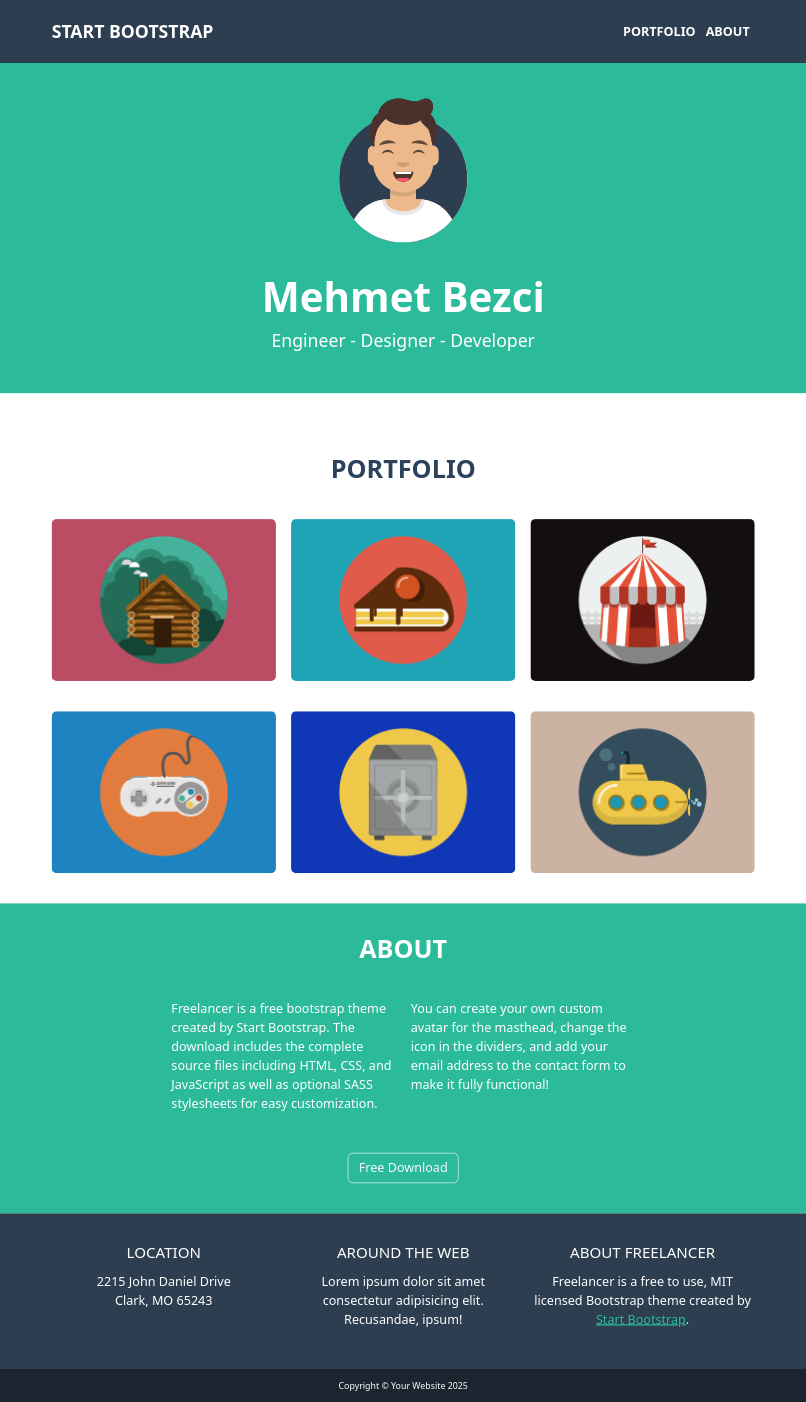
Repository: 7JaxeN7/WT-1255P-Mehmet_BEZC-
Page: index.html
These files come from the project's save history. The page is drawn as it stood at one moment and after the next save; the edit follows.
The browser window is 1280 px wide. The pictures show the whole page, at 63% of full size.

Above is the page before, as saved 2025-01-07 01:02:52.

### index.html
<!DOCTYPE html>
<html lang="tr">

<head>
  <meta charset="UTF-8">
  <meta name="viewport" content="width=device-width, initial-scale=1.0">
  <link rel="stylesheet" href="style.css">
  <link href="https://cdn.jsdelivr.net/npm/bootstrap@5.3.3/dist/css/bootstrap.min.css" rel="stylesheet"
    integrity="sha384-QWTKZyjpPEjISv5WaRU9OFeRpok6YctnYmDr5pNlyT2bRjXh0JMhjY6hW+ALEwIH" crossorigin="anonymous">
  <title>Start Bootstrap</title>
</head>

<body>
  <!-- Navbar -->
  <header>
    <nav class="navbar navbar-expand-lg navbar-bg">
      <div class="container pt-3 pb-3">
        <a class="navbar-brand text-white fw-bolder fs-3" href="#">START BOOTSTRAP</a>
        <button class="navbar-toggler" type="button" data-bs-toggle="collapse" data-bs-target="#navbarNav"
          aria-controls="navbarNav" aria-expanded="false" aria-label="Toggle navigation">
          <span class="navbar-toggler-icon"></span>
        </button>
        <div class="collapse navbar-collapse" id="navbarNav">
          <ul class="navbar-nav ms-auto">
            <li class="nav-item">
              <a class="nav-link text-white fw-bolder fs-5" href="#portfolio">PORTFOLIO</a>
            </li>
            <li class="nav-item">
              <a class="nav-link text-white fw-bolder fs-5" href="#about">ABOUT</a>
            </li>
          </ul>
        </div>
      </div>
    </nav>
  </header>
  <!-- Herosection -->
  <div class="herosection-bg pt-5 pb-5">
    <div class="container text-center">
      <img src="/assets/img/avataaars.svg" width="20%" />
      <h1 class="mt-5 text-white fw-bolder display-3">Mehmet Bezci</h1>
      <p class="text-white fs-3">Engineer - Designer - Developer</p>
    </div>
  </div>
  <!-- Portfolio -->
  <div class="portfolio-section" id="portfolio">
    <h2 class="text-center mt-5 pt-5 pb-5 fs-1 fw-semibold portfolio-tittle">PORTFOLIO</h2>
    <div class="container">
      <div class="row">
        <div class="col-12 col-md-6 col-lg-4 mb-5">
          <img src="/assets/img/cabin.png" class="img-fluid rounded-3">
        </div>
        <div class="col-12 col-md-6 col-lg-4 mb-5">
          <img src="/assets/img/cake.png" class="img-fluid rounded-3">
        </div>
        <div class="col-12 col-md-6 col-lg-4 mb-5">
          <img src="/assets/img/circus.png" class="img-fluid rounded-3">
        </div>
        <div class="col-12 col-md-6 col-lg-4 mb-5">
          <img src="/assets/img/game.png" class="img-fluid rounded-3">
        </div>
        <div class="col-12 col-md-6 col-lg-4 mb-5">
          <img src="/assets/img/safe.png" class="img-fluid rounded-3">
        </div>
        <div class="col-12 col-md-6 col-lg-4 mb-5">
          <img src="/assets/img/submarine.png" class="img-fluid rounded-3">
        </div>
      </div>
    </div>
  </div>
  <!-- About -->
  <div class="about-section" id="about">
    <div class="container">
      <h2 class="about-tittle fs-1 fw-semibold text-center pt-5 pb-5"> ABOUT</h2>
      <div class="row justify-content-center">
        <div class="col-lg-4 fs-5 text-white">
          <p>
            Freelancer is a free bootstrap theme created by Start Bootstrap. The download includes the complete source
            files including HTML, CSS, and JavaScript as well as optional SASS stylesheets for easy customization.
          </p>
        </div>
        <div class="col-lg-4 fs-5 text-white">
          <p>
            You can create your own custom avatar for the masthead, change the icon in the dividers, and add your email
            address to the contact form to make it fully functional!
          </p>
        </div>
      </div>
      <div class="d-flex justify-content-center">
        <button class="mt-5 mb-5 btn btn-outline-light btn-lg">Free Download</button>
      </div>
    </div>
  </div>
  <!-- Footer -->
  <footer>
    <div class="footer-section pt-5 pb-5">
      <div class="container">
        <div class="row">
          <div class="col-lg-4 text-center px-3">
            <h5 class="fs-4 text-white mb-3">LOCATION</h5>
            <p class="text-white fs-5 px-5">
              2215 John Daniel Drive Clark, MO 65243
            </p>
          </div>
          <div class="col-lg-4 text-center px-3">
            <h5 class="fs-4 text-white mb-3 text-uppercase">Around the Web</h5>
            <p class="text-white fs-5">
              Lorem ipsum dolor sit amet consectetur adipisicing elit. Recusandae, ipsum!
            </p>
          </div>
          <div class="col-lg-4 text-center px-3">
            <h5 class="fs-4 text-white mb-3 text-uppercase">About Freelancer</h5>
            <p class="text-white fs-5">
              Freelancer is a free to use, MIT licensed Bootstrap theme created by <a class="footer-link" href="/"> Start Bootstrap</a>.
            </p>
          </div>
        </div>
      </div>
    </div>
  </footer>
  <div class="copyright-section copyright-bg py-3 text-white text-center small">
    Copyright &#169; Your Website 2025
  </div>
  <!-- Burası bootstrap script kısmı -->
  <script src="https://cdn.jsdelivr.net/npm/bootstrap@5.3.3/dist/js/bootstrap.bundle.min.js"
    integrity="sha384-YvpcrYf0tY3lHB60NNkmXc5s9fDVZLESaAA55NDzOxhy9GkcIdslK1eN7N6jIeHz"
    crossorigin="anonymous"></script>
</body>

</html>

### style.css
.navbar-bg {
  background-color: #2d3e50 !important;
}
.herosection-bg{
    background-color: #2bbb9b ;
}
.portfolio-tittle{
    color: #2c425a;
}
.about-section{
    background-color: #2bbb9b ;
}
.about-tittle{
    color: #ffffff;
}
.footer-section{
    background-color: #2d3e50;
}
.footer-link{
    color: #2bbb9b ;
}
a.footer-link:hover{
    color: #1a7971 ;
}
a.nav-link:hover{
    color:#2bbb9b !important;
}
.copyright-bg{
    background-color: #1b252f;
}

After the next save:
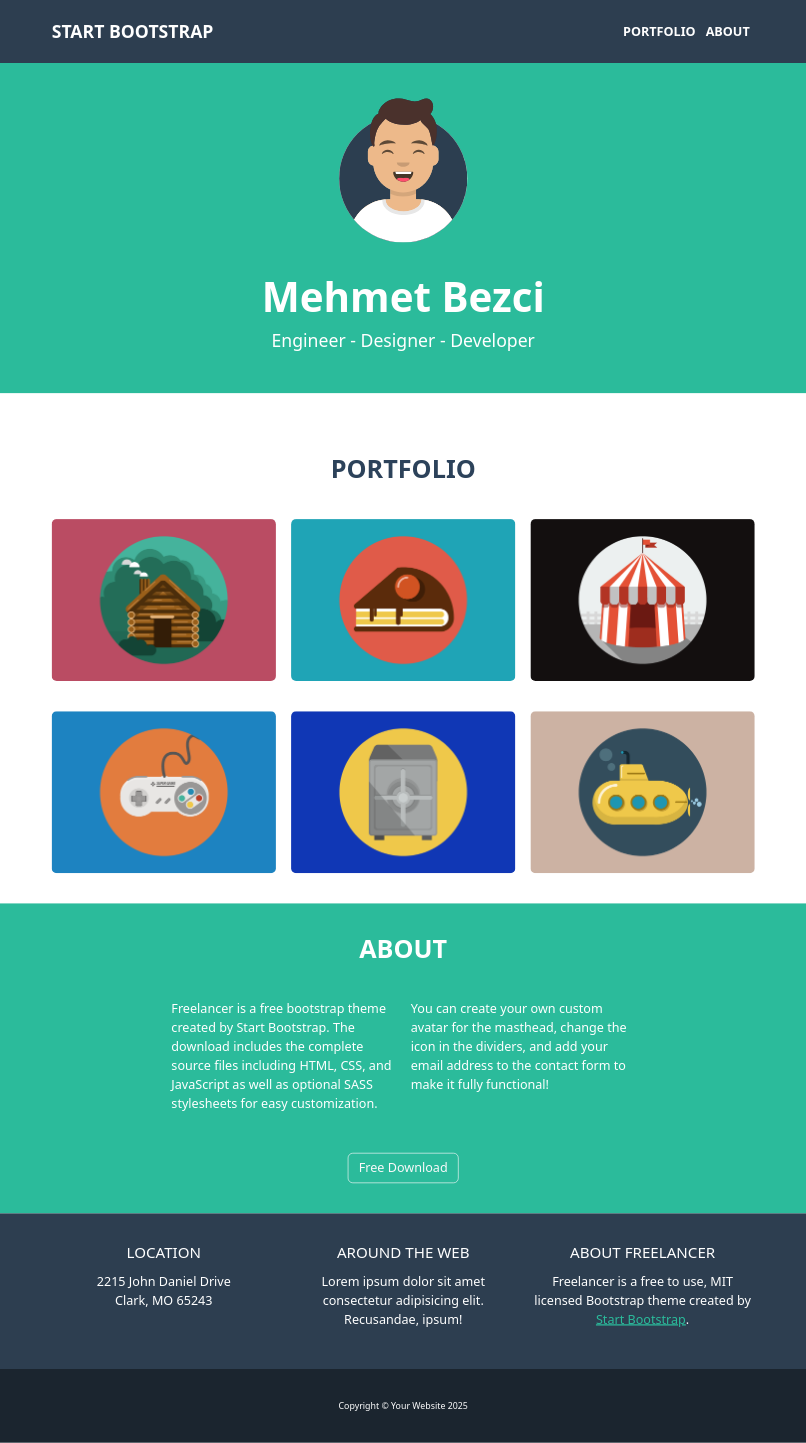
Saved 38 s later.
--- a/index.html
+++ b/index.html
@@ -117,7 +117,7 @@
       </div>
     </div>
   </footer>
-  <div class="copyright-section copyright-bg py-3 text-white text-center small">
+  <div class="copyright-section copyright-bg py-5 text-white text-center small">
     Copyright &#169; Your Website 2025
   </div>
   <!-- Burası bootstrap script kısmı -->

After the save that followed:
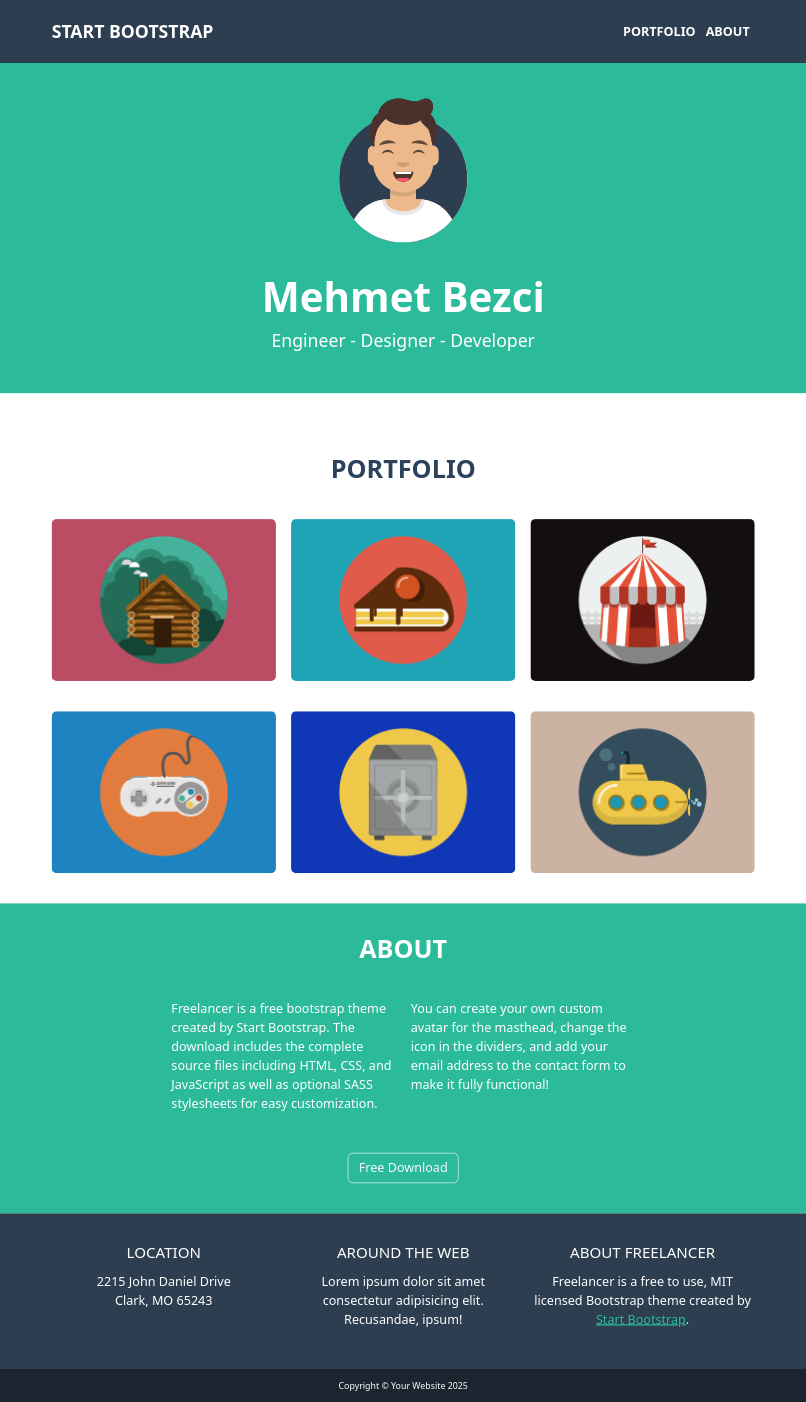
Saved 7 s later.
--- a/index.html
+++ b/index.html
@@ -117,7 +117,7 @@
       </div>
     </div>
   </footer>
-  <div class="copyright-section copyright-bg py-5 text-white text-center small">
+  <div class="copyright-section copyright-bg py-3 text-white text-center small">
     Copyright &#169; Your Website 2025
   </div>
   <!-- Burası bootstrap script kısmı -->
